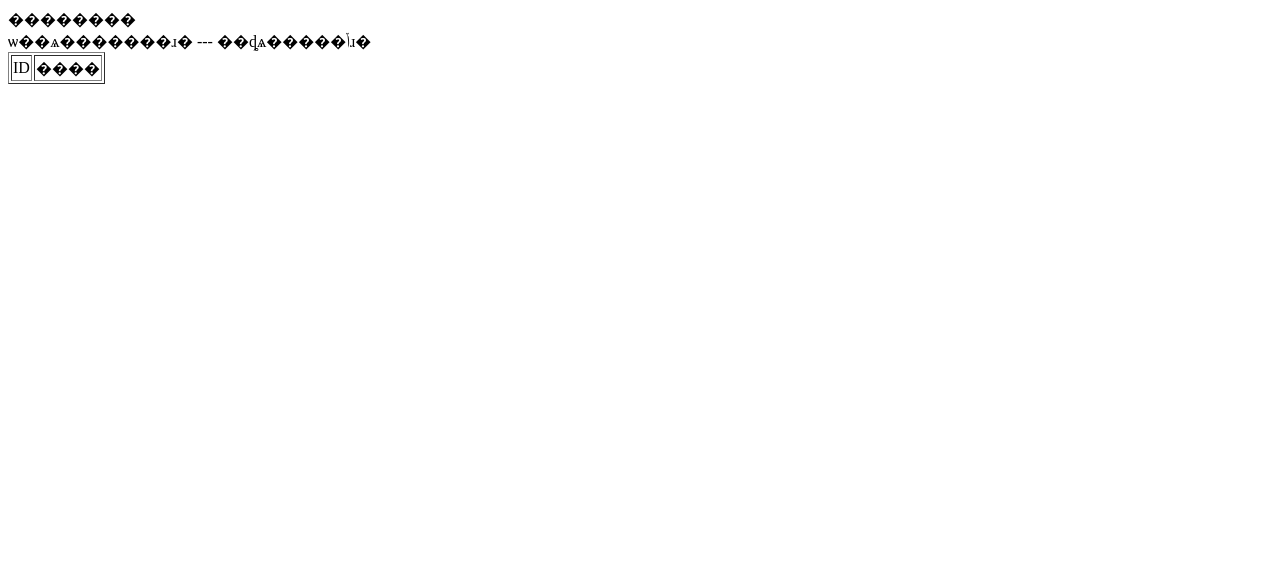
Repository: ZxxWs/P_M_learn
Page: http://localhost/
An editor plug-in stored every save of this project. The page is shown before and after the next save, followed by the edit.
The browser window is 1280 px wide. The pictures show the whole page.
The page is run by PHP 8.4 with error messages shown; the project is at /var/www/html/. Queries for data that is not in the repository find no rows.

Above is the page before, as saved 2019-03-20 09:49:00.

### MySQL2/index.php
<?php
//对字段的操作

$host="127.0.0.1";
$conn=mysqli_connect($host);

$con=mysqli_select_db($conn, "test");
if($con)
    echo "连接正常<br/>";


 //向数据库添加数据
 //add();
function add(){
global $conn;
$addid=00010;
$addname=array("a","b","c","d","e","f","g","h","i","j","k","l","m","n","o","p","q","r","s","t","u","v","w");
for($i=0;$i<20;$i++){
    $addid+=$i;
$add="insert into ppp".
    "(id,name)".
    "values".
    "('$addid''$addname[$i]')";
$addend=mysqli_query($conn,$add);
if($addend)echo"添加成功<br/>";
}}


//$Id=$_POST["ID"];

//echo "删除的ID为".$Id."<br/>";
function drop($Idd){
    global $conn;
    $dropID="delete from ppp where id=".$Idd;
    $dropadd=mysqli_query($conn,$dropID);
    if($dropadd)
        echo "删除成功<br/>";
}



$readdata='select id,name from ppp';
$selecttable=mysqli_select_db($conn, 'test');//选择表
if($selecttable)
    echo "选择学生表单成功";
    echo "  ---  \0";
    $readendl=mysqli_query($conn, $readdata);
    if($readendl)
        echo "读取学生数据成功";
        echo "<br/>";

        echo '<table border="1"><td>ID</td><td>姓名</td></tr>';
        while($whilee=mysqli_fetch_array($readendl,MYSQLI_ASSOC)){//每次读取的数据会复制给$whilee
            echo "<tr><td>{$whilee['id']}</td>".                //参数MYSQLI_ASSOC查询结果返回关联数据
                "<td>{$whilee['name']}</td>".
                "</tr>";
        }
        echo '</table>'."<br/>";

After the next save:
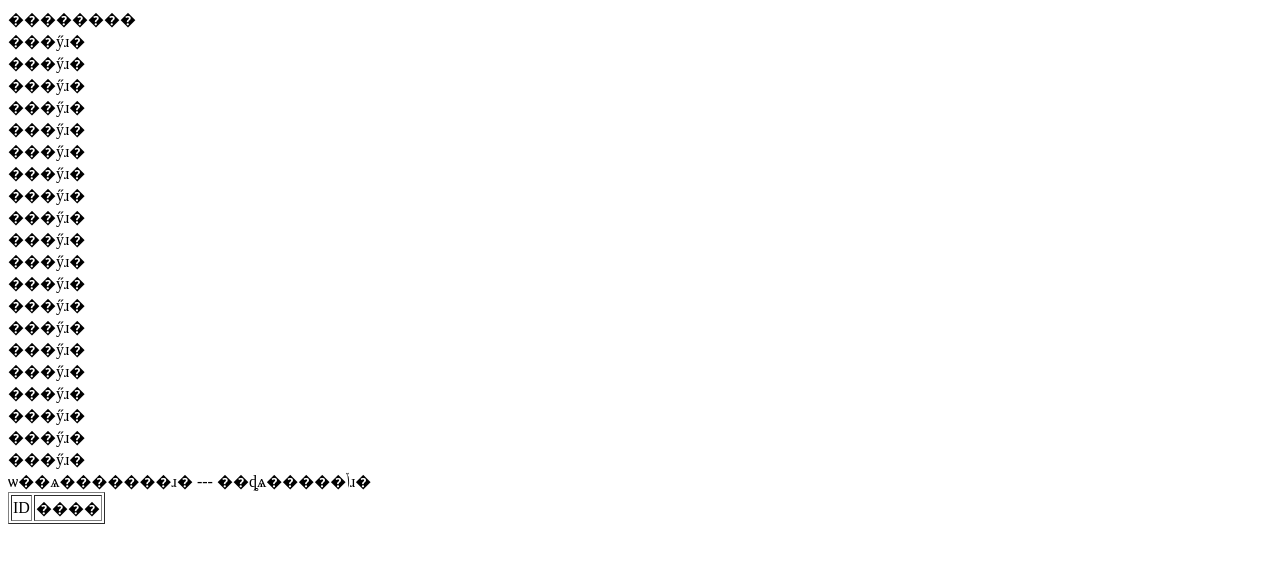
Saved 9 s later.
--- a/MySQL2/index.php
+++ b/MySQL2/index.php
@@ -10,7 +10,7 @@ if($con)
 
 
  //向数据库添加数据
- //add();
+add();
 function add(){
 global $conn;
 $addid=00010;
